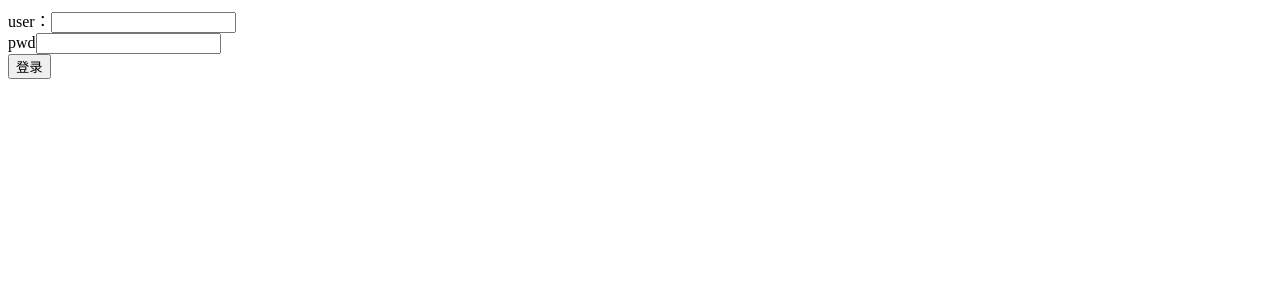
Repository: 0qiqi0/DOM-CSS-JS-JSP-study
Page: http://localhost/JSP2_02_inner_obj/request.jsp
An editor plug-in stored every save of this project. The page is shown before and after the next save, followed by the edit.
The browser window is 1280 px wide. The pictures show the whole page.
The page is served by Tomcat 9.

Above is the page before, as saved 2016-01-28 13:44:47.

### JSP2_02_inner_obj/WebContent/request.jsp
<%@ page language="java" contentType="text/html; charset=UTF-8"
    pageEncoding="UTF-8"%>
<!DOCTYPE html PUBLIC "-//W3C//DTD HTML 4.01 Transitional//EN" "http://www.w3.org/TR/html4/loose.dtd">
<html>
<head>
<meta http-equiv="Content-Type" content="text/html; charset=UTF-8">
<title>Insert title here</title>
</head>
<body>
	<form action="request_receive.jsp" >
		user：<input type="text" name="user"/><br/>
		pwd<input type="password" name="pwd"/><br/>
		<input type="submit" value="登录"/><br/>
	</form>
</body>
</html>

After the next save:
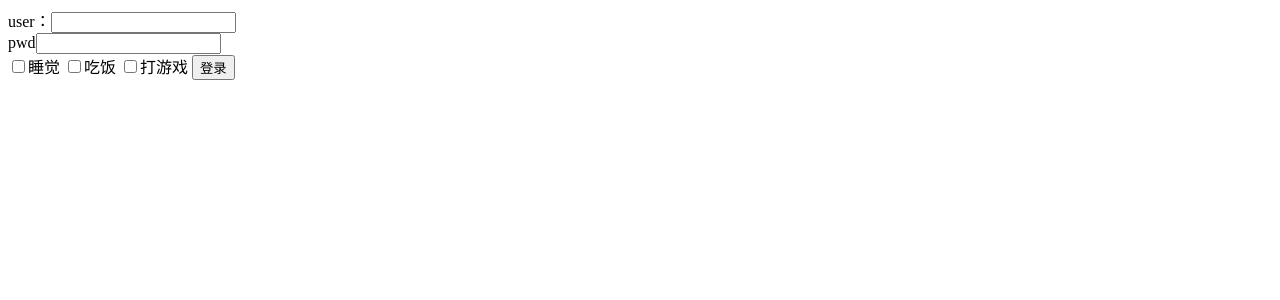
Saved 88 s later.
--- a/JSP2_02_inner_obj/WebContent/request.jsp
+++ b/JSP2_02_inner_obj/WebContent/request.jsp
@@ -10,6 +10,9 @@
 	<form action="request_receive.jsp" >
 		user：<input type="text" name="user"/><br/>
 		pwd<input type="password" name="pwd"/><br/>
+		<input type="checkbox" name="likes" value="睡觉">睡觉
+		<input type="checkbox" name="likes" value="吃饭">吃饭
+		<input type="checkbox" name="likes" value="打游戏">打游戏
 		<input type="submit" value="登录"/><br/>
 	</form>
 </body>
